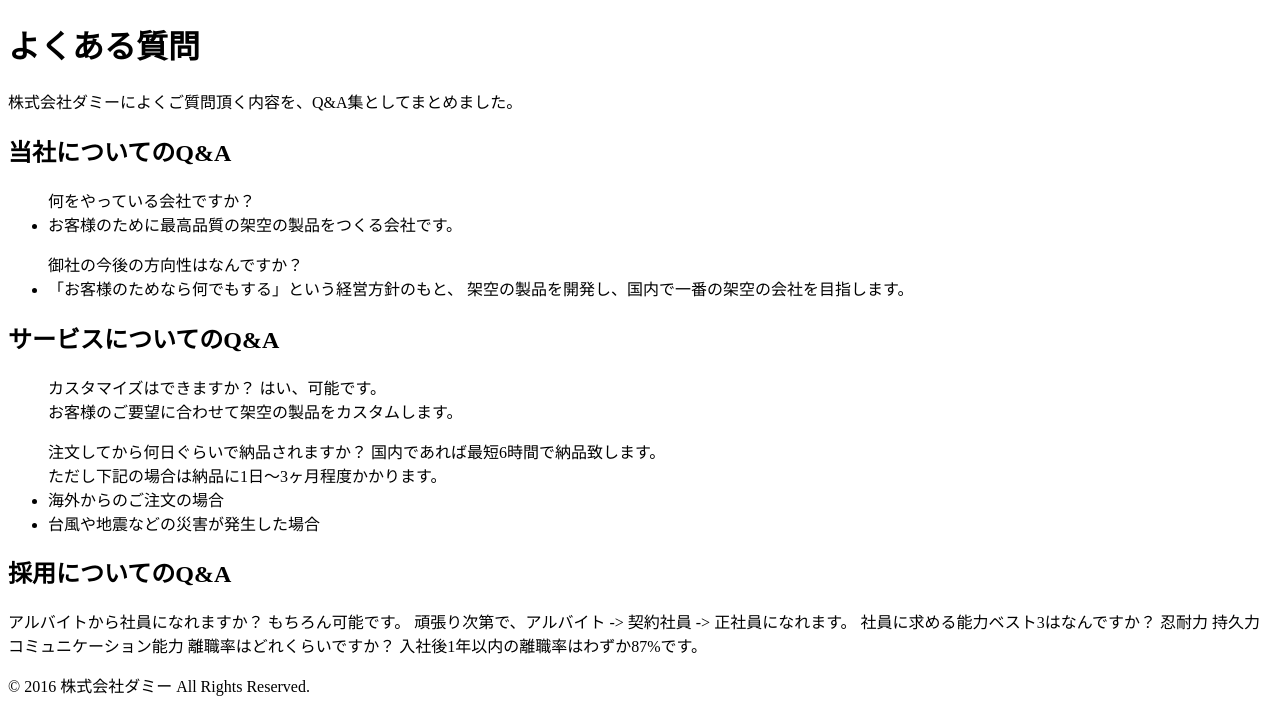
Repository: winc1980/practice-hp2022-wednesday
Page: ruka/practice1.html
The author's editor kept a copy of each file at every save. The page is drawn from the files as they stood at one save, then again after the next save.
The browser window is 1280 px wide. The pictures show the whole page.

Above is the page before, as saved 2022-05-26 00:01:48.

### ruka/practice1.html
<!DOCTYPE html>
<html lang="ja">
<head>
    <meta charset="UTF-8">
    <meta http-equiv="X-UA-Compatible" content="IE=edge">
    <meta name="viewport" content="width=device-width, initial-scale=1.0">
    <title>よくある質問 | 架空の株式会社ダミー</title>
</head>
<body>
    <h1>よくある質問</h1>

<p>
株式会社ダミーによくご質問頂く内容を、Q&A集としてまとめました。
</p>

<h2>当社についてのQ&A</h2>

<ul>
何をやっている会社ですか？
<li>
お客様のために最高品質の架空の製品をつくる会社です。
</li>
</ul>
<ul>
御社の今後の方向性はなんですか？
<li>
「お客様のためなら何でもする」という経営方針のもと、
架空の製品を開発し、国内で一番の架空の会社を目指します。
</li>
</ul>

<h2>サービスについてのQ&A</h2>
<ul>
カスタマイズはできますか？
はい、可能です。<br>
お客様のご要望に合わせて架空の製品をカスタムします。
</ul>
<ul>
注文してから何日ぐらいで納品されますか？
国内であれば最短6時間で納品致します。<br>
ただし下記の場合は納品に1日〜3ヶ月程度かかります。
<li>
海外からのご注文の場合
</li>
<li>
台風や地震などの災害が発生した場合
</li>
</ul>
<h2>採用についてのQ&A</h2>
アルバイトから社員になれますか？
もちろん可能です。
頑張り次第で、アルバイト -> 契約社員 -> 正社員になれます。
社員に求める能力ベスト3はなんですか？
忍耐力
持久力
コミュニケーション能力

離職率はどれくらいですか？
入社後1年以内の離職率はわずか87%です。
<p>
© 2016 株式会社ダミー All Rights Reserved.
</p>
</body>
</html>

After the next save:
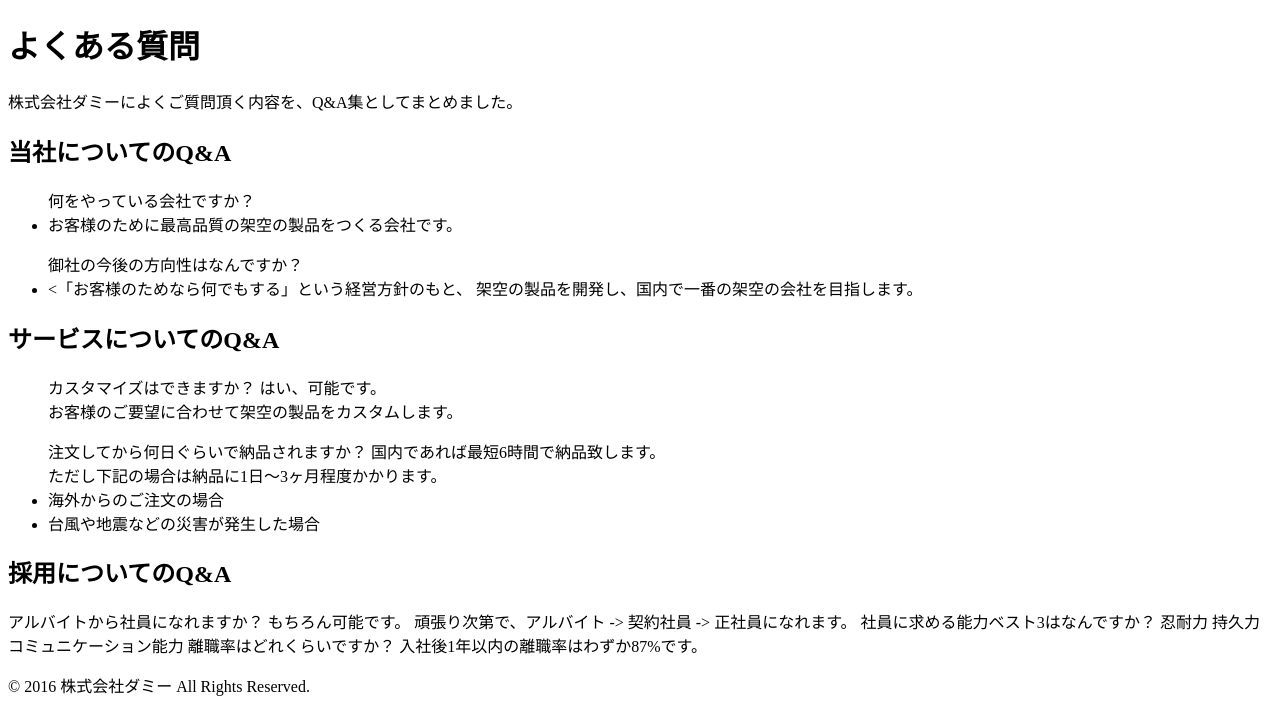
Saved 93 s later.
--- a/ruka/practice1.html
+++ b/ruka/practice1.html
@@ -24,7 +24,7 @@
 <ul>
 御社の今後の方向性はなんですか？
 <li>
-「お客様のためなら何でもする」という経営方針のもと、
+<「お客様のためなら何でもする」という経営方針のもと、
 架空の製品を開発し、国内で一番の架空の会社を目指します。
 </li>
 </ul>

After the save that followed:
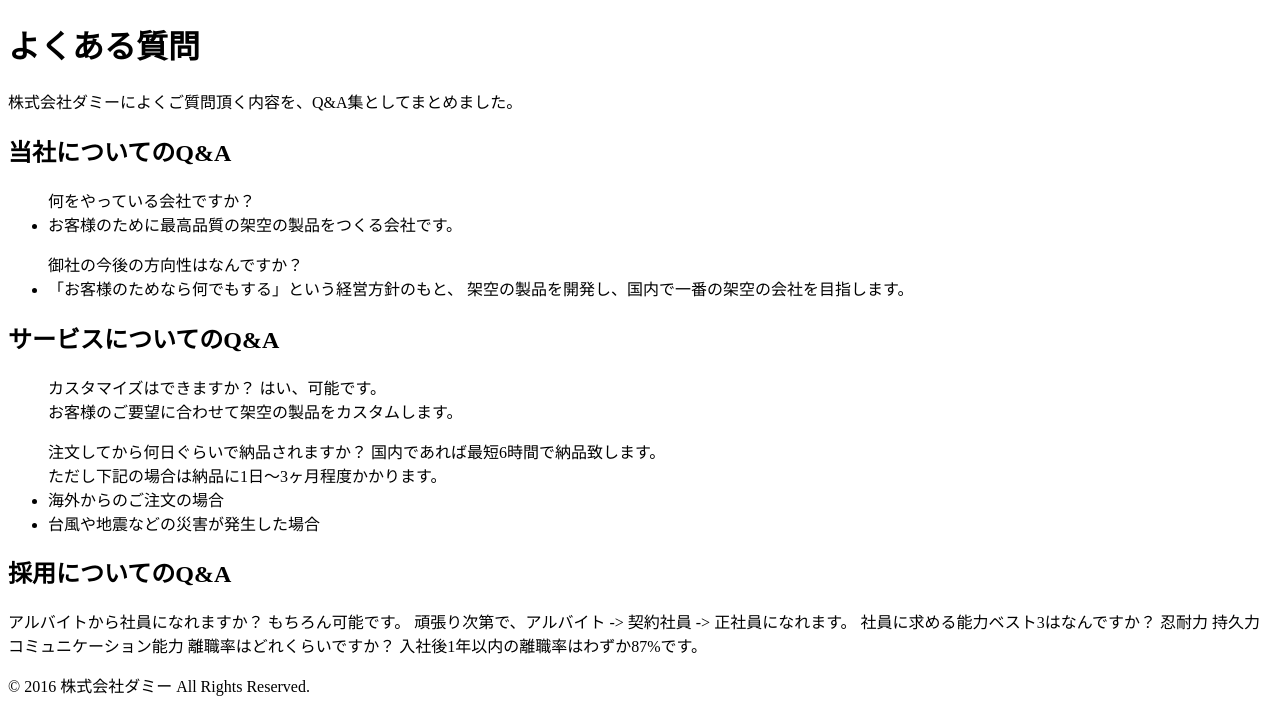
Saved 9 s later.
--- a/ruka/practice1.html
+++ b/ruka/practice1.html
@@ -24,7 +24,7 @@
 <ul>
 御社の今後の方向性はなんですか？
 <li>
-<「お客様のためなら何でもする」という経営方針のもと、
+「お客様のためなら何でもする」という経営方針のもと、
 架空の製品を開発し、国内で一番の架空の会社を目指します。
 </li>
 </ul>
